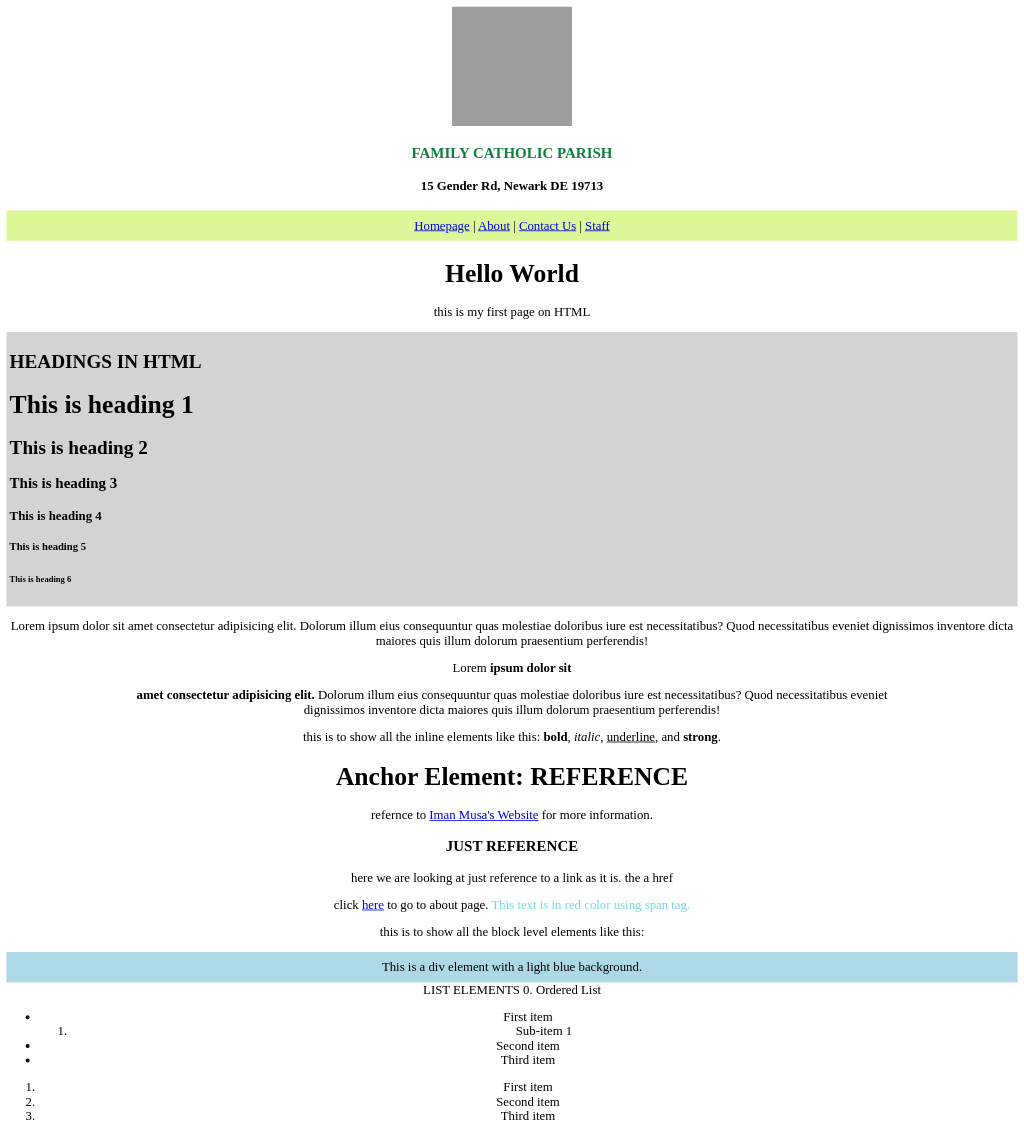
Repository: ficotims/HTML-RESTART
Page: Homepage.html
The author's editor kept a copy of each file at every save. The page is drawn from the files as they stood at one save, then again after the next save.
The browser window is 1280 px wide. The pictures show the whole page, at 80% of full size.
Pictures or frames that could not be fetched are drawn as grey boxes.

Above is the page before, as saved 2026-02-03 06:12:40.

After the next save:
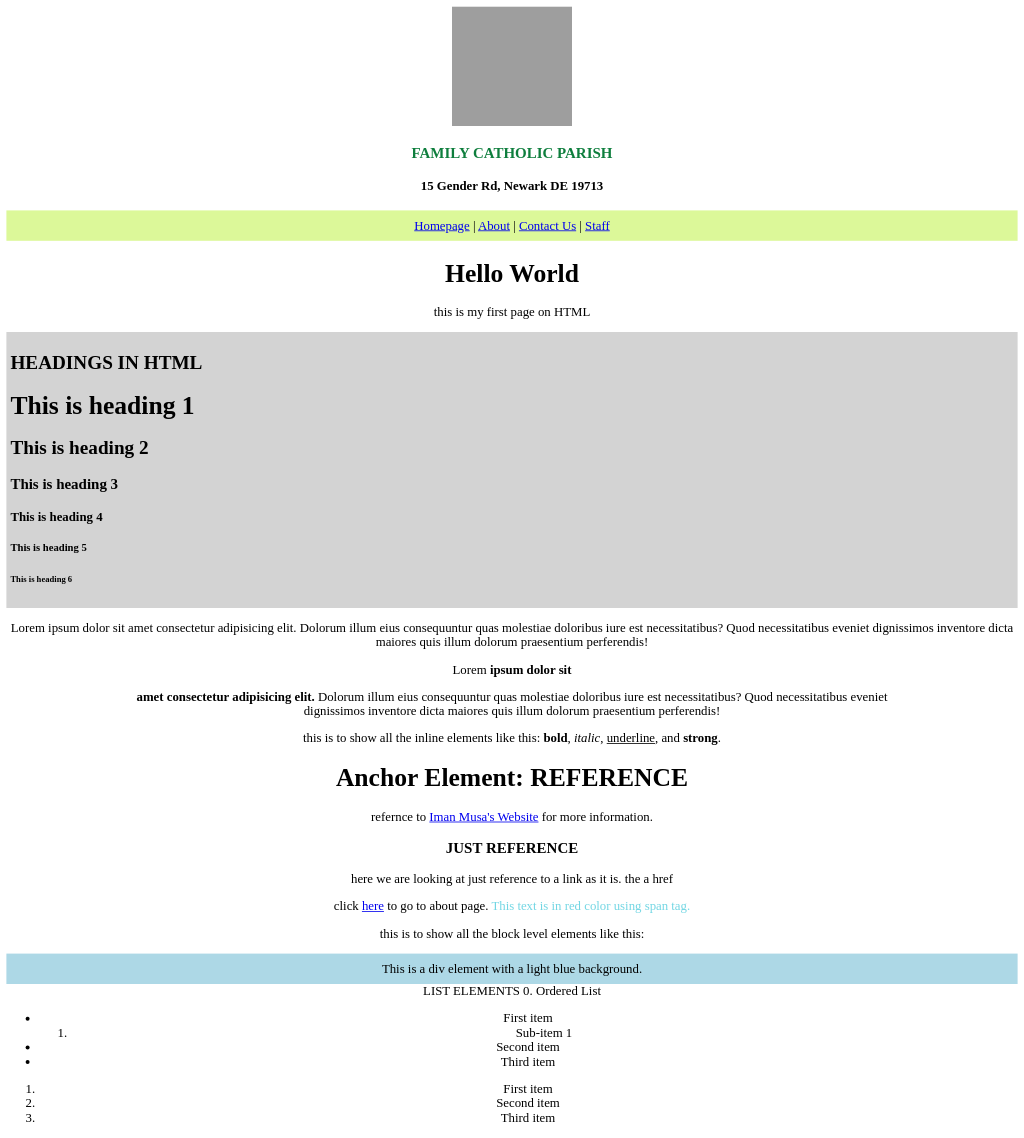
Saved 21 s later.
--- a/Homepage.html
+++ b/Homepage.html
@@ -26,7 +26,7 @@
     <p>this is my first page on HTML</p>
     <!-- this is a comment and will not appear on the screen/ page -->
     <!-- let us introduce the headings -->
-    <div style="background-color: lightgray; padding: 4px; text-align: left">
+    <div style="background-color: lightgray; padding: 5px; text-align: left">
       <h2>HEADINGS IN HTML</h2>
     <h1>This is heading 1</h1>
     <h2>This is heading 2</h2>
